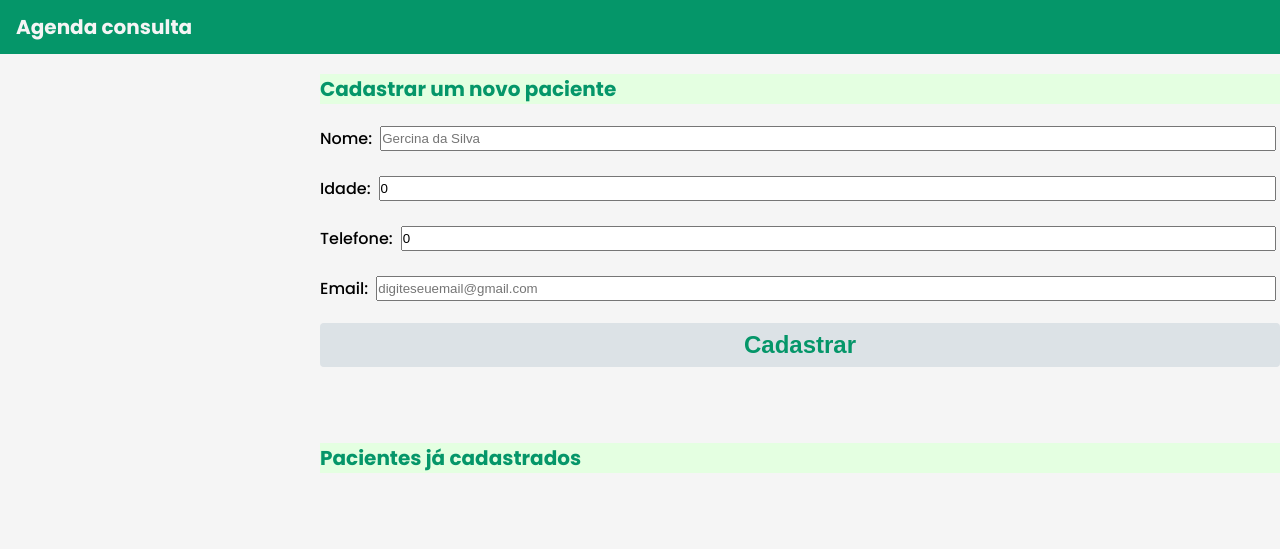
Repository: BarbaraCD/agendaconsulta
Page: /
The author's editor kept a copy of each file at every save. The page is drawn from the files as they stood at one save, then again after the next save.
The browser window is 1280 px wide. The pictures show the whole page.
The page's requests for data from a server got no answer. The project was rebuilt for these pictures with package versions that can differ from the ones it lists, and the page was loaded fresh each time. No one was signed in, and anything a server would have sent is missing. Also part of the build but not shown: vite.config.ts, src/styles/StyleList.ts, src/components/Patients.tsx.

Above is the page before, as saved 2023-07-31 07:54:02.

After the next save:
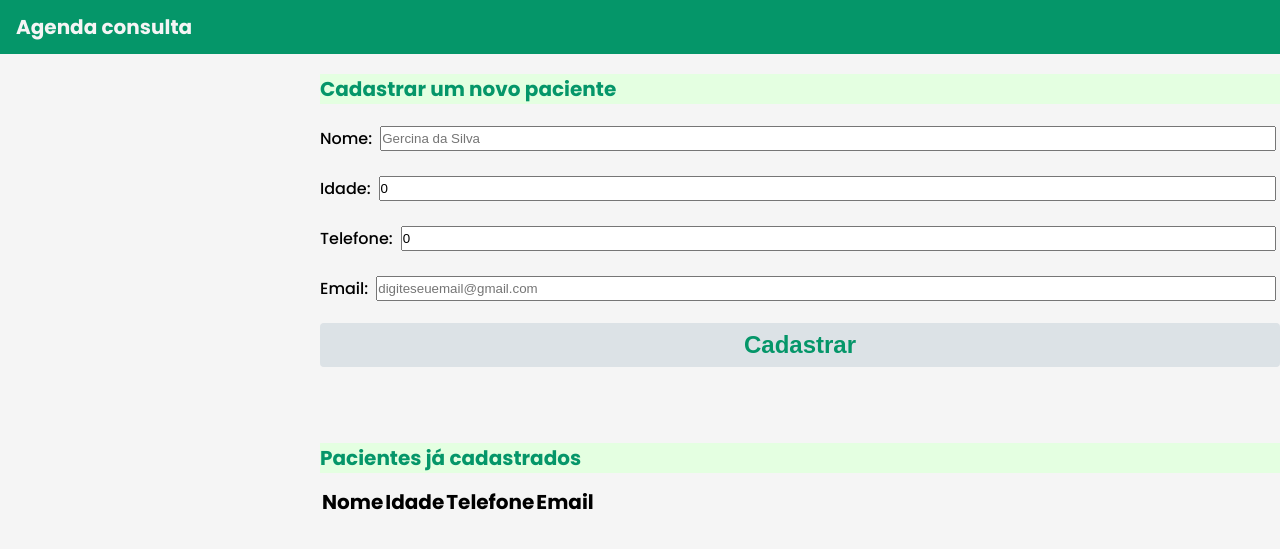
Saved 33 s later.
--- a/src/components/CreatePatient.tsx
+++ b/src/components/CreatePatient.tsx
@@ -80,6 +80,16 @@ export function CreatePatient(){
 
         <Container3>
           <h3>Pacientes já cadastrados</h3>
+          <table>
+          <thead>
+          <tr>
+            <th>Nome</th>
+            <th>Idade</th>
+            <th>Telefone</th>
+            <th>Email</th>
+          </tr>
+        </thead>
+          </table>
           {patients.length > 0 && (
             patients.map((patients) => (
               <Patients
